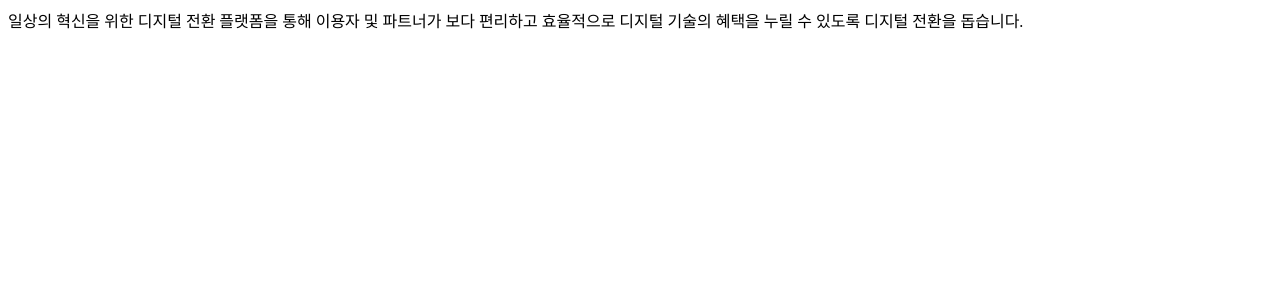
Repository: ChoiDh05/study-html
Page: day01/src/main/webapp/format01.html
An editor plug-in stored every save of this project. The page is shown before and after the next save, followed by the edit.
The browser window is 1280 px wide. The pictures show the whole page.

Above is the page before, as saved 2024-08-05 06:16:36.

After the next save:
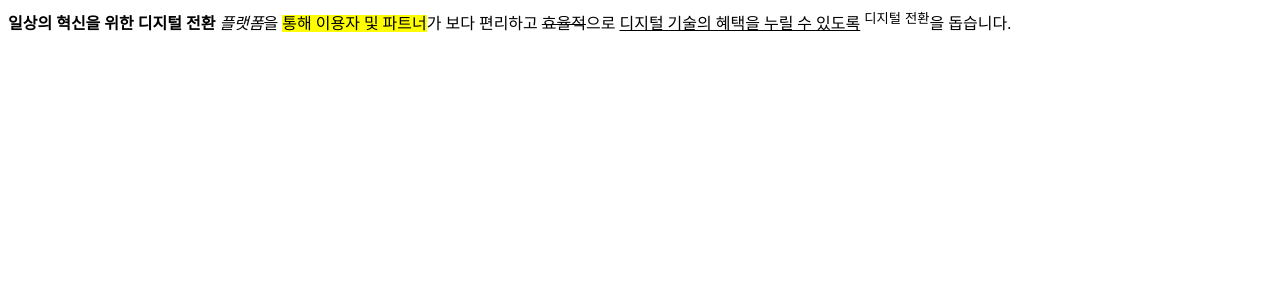
Saved 2 min 23 s later.
--- a/day01/src/main/webapp/format01.html
+++ b/day01/src/main/webapp/format01.html
@@ -27,8 +27,8 @@
  -->
 </head>
 <body>
-	일상의 혁신을 위한 디지털 전환
-	플랫폼을 통해 이용자 및 파트너가 보다 편리하고 효율적으로
-	디지털 기술의 혜택을 누릴 수 있도록 디지털 전환을 돕습니다.
+	<strong>일상의 혁신을 위한 디지털 전환</strong>
+	<em>플랫폼</em>을 <mark>통해 이용자 및 파트너</mark>가 보다 편리하고 <del>효율적</del>으로
+	<ins>디지털 기술의 혜택을 누릴 수 있도록</ins> <sup>디지털</sup> <sup>전환</sup>을 돕습니다.
 </body>
 </html>
